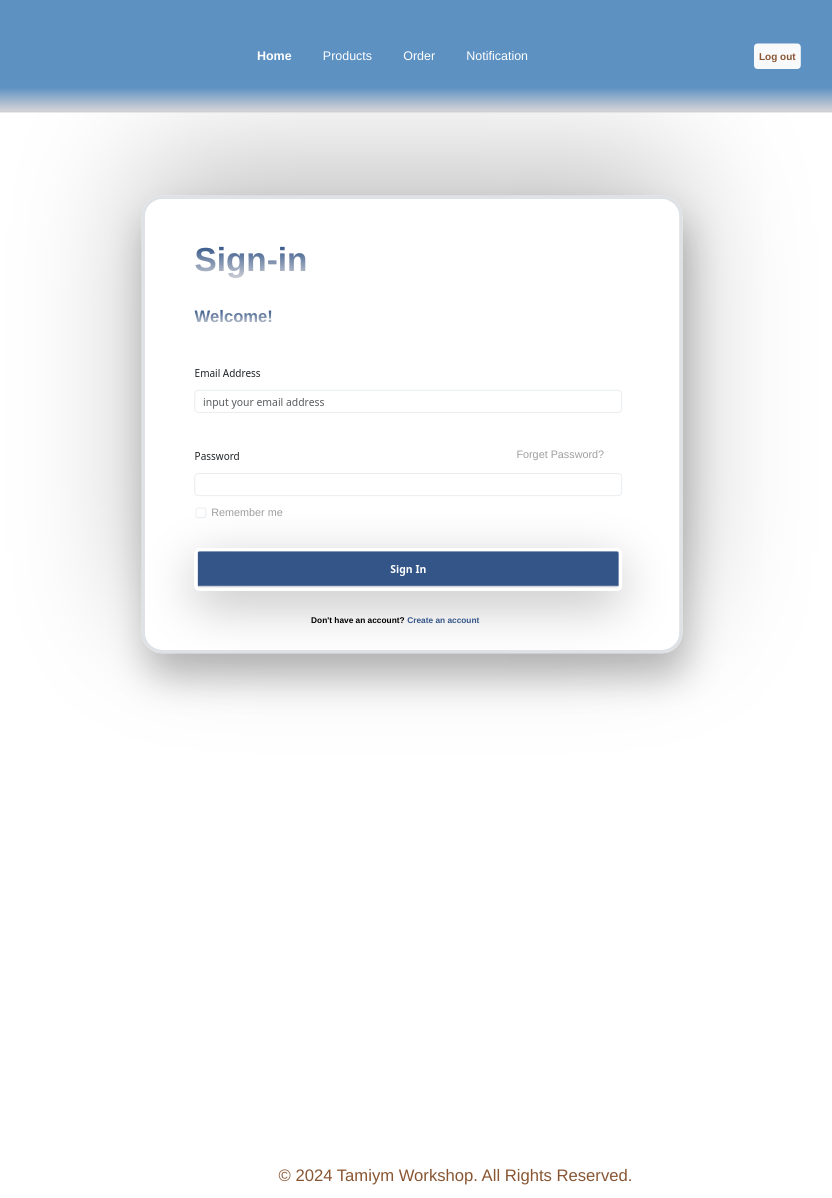
Repository: OVictor21/inventory
Page: /
An editor plug-in stored every save of this project. The page is shown before and after the next save, followed by the edit.
The browser window is 1280 px wide. The pictures show the whole page, at 65% of full size.
The project was rebuilt for these pictures with package versions that can differ from the ones it lists, and the page was loaded fresh each time.

Above is the page before, as saved 2024-12-14 09:46:18.

### src/index.css

nav {
  background-color: transparent;
  background: linear-gradient(180deg, rgb(93, 145, 194) 77.5%, rgb(206, 208, 214) 97.5%);

}

.navbar-brand img {
  max-width: 10vw;
  min-width: 5vw;
}

.nav-link.nav-text-current {
  font-family: "Montserrat", Helvetica;
  font-weight: 700;
  color: #ffffff;
  font-size: 1.5vw;
}

.nav-link.nav-text {
  font-family: "Montserrat", Helvetica;
  font-weight: 400;
  color: #ffffff;
  font-size: 1.5vw;
}

.nav-link.nav-text-2 {
  font-family: "Montserrat", Helvetica;
  font-weight: 600;
  color: rgb(136, 86, 51);
  font-size: 1.2vw;
}

.background {
  background-color: #000021;
}

/* .background-image {
  background-image: url('/public/back.png');
  background-size: cover;
  background-repeat: no-repeat;
  background-position: center;
  min-height: 100vh;
  color: white;
} */

.sign-in{
  width: 65vw;
  height: 55vw;
  box-shadow: 7px 37px 55px #00000040, 0px -54px 200px #00000040;
  left: 17vw;
  top: 10vw;
  overflow: hidden;
}


.text{
  top: 5vw;
  left: 6vw;
  background: linear-gradient(180deg, rgb(51, 85, 136) 13.5%, rgb(206, 208, 214) 100%);
  -webkit-background-clip: text !important;
  background-clip: text;
  -webkit-text-fill-color: transparent;
  text-fill-color: transparent;
  font-family: "Montserrat-Bold", Helvetica;
  font-weight: 700;
  color: transparent;
  font-size: 4vw;
  letter-spacing: 0;
  line-height: normal;
}



.text-wrapper-8 {
  background: linear-gradient(180deg, rgb(51, 85, 136) 13.5%, rgb(206, 208, 214) 100%);
  -webkit-background-clip: text !important;
  background-clip: text;
  -webkit-text-fill-color: transparent;
  text-fill-color: transparent;
  font-family: "Montserrat-Bold", Helvetica;
  font-weight: 600;
  color: transparent;
  font-size: 2vw;
  letter-spacing: 0;
  line-height: normal;
  top: 13vw;
  left: 6vw;
}

.email-text{
  font-size: 1.2vw;
}

.email{
  top: 20vw;
  left: 6vw;
}

.email-in{
  top: 23vw;
  left: 6vw;
  width: 80%;
  max-width: 80%;
  height: 5%;
}

.pass{
  top: 30vw;
  left: 6vw;
}

.pass-in{
  top: 33vw;
  left: 6vw;
  width: 80%;
  max-width: 80%;
  height: 5%;

}

.text-wrapper-7{
  font-family: "Montserrat-Regular", Helvetica;
  font-weight: 400;
  color: #00000061;
  font-size: 1.3vw;
  letter-spacing: 0;
  line-height: normal;
  top: 30vw;
  text-decoration: none;
  right: 9vw;
}

.form-check-label{
  font-family: "Montserrat-Regular", Helvetica;
  font-weight: 400;
  color: #00000061;
  font-size: 1.3vw;
  letter-spacing: 0;
  line-height: normal;
  top: 37vw;
  left: 8vw;
}

.form-check-input{
  top: 36.8vw;
  left: 8vw;

}

.sign-btn{
  background: linear-gradient(180deg, rgb(51, 85, 136) 93.5%, rgb(206, 208, 214) 97%);
  font-family: "Montserrat-Bold", Helvetica;
  font-weight: 700;
  font-size: 4vw;
  letter-spacing: 0;
  line-height: normal;
  width: 80%;
  top: 42vw;
  left: 6vw;
  box-shadow: 0px 22px 75px #00000040;
}

.acct{
  font-family: "Montserrat-Regular", Helvetica;
  font-weight: 700;
  color: #000000;
  font-size: 1vw;
  letter-spacing: 0;
  line-height: normal;
  top: 50vw;
  left: 20vw;
}

.acct-1{
  font-family: "Montserrat-Bold", Helvetica;
  font-weight: 700;
  color: rgb(51, 85, 136);
  font-size: 1vw;
  text-decoration: none;
  letter-spacing: 0;
  line-height: normal;
  top: 50vw;
  right: 24vw;
}



.pass-text{
font-size: 1.2vw;
}

.footer-body{
  background-color: rgb(51, 85, 136);
  width: 100%;
  height: 5%;
  top: 20vw;

}

.copyright-text {
  top: 50vw;
  right: 24vw;
  font-family: "Montserrat", Helvetica;
  font-weight: 400;
  color: rgb(136, 86, 51);
  font-size: 2vw;
}

### src/App.js
import Navbar from './navbar';
import 'bootstrap/dist/css/bootstrap.min.css';
import Body from './body';


function App() {
  return (
    <div className="App">
      <Navbar />
      <Body />
    </div>
  );
}

export default App;

### src/navbar.js

const Navbar = () => {
    return (
        <nav className="navbar navbar-expand-md justify-content-center p-5 z-1">
        <button className="navbar-toggler ms-auto" type="button" data-bs-toggle="collapse" data-bs-target="#collapseNavbar">
            <span className="navbar-toggler-icon"></span>
        </button>

        <div className="navbar-collapse collapse" id="collapseNavbar">
            <ul className="navbar-nav justify-content-center w-100 ">
            <li className="nav-item m-3">
                <a className="nav-link nav-text-current" href="/home">Home</a>
            </li>
            <li className="nav-item m-3">
                <a className="nav-link nav-text" href="/products">Products</a>
            </li>
            <li className="nav-item m-3">
                <a className="nav-link nav-text" href="/order">Order</a>
            </li>
            <li className="nav-item m-3">
                <a className="nav-link nav-text" href="/notifications">Notification</a>
            </li>
            </ul>

            <ul className="navbar-nav ms-auto justify-content-end">
            <li className="nav-item bg-light rounded">
                <button className="nav-link nav-text-2 text-nowrap btn btn-link">Log out</button>

            </li>
            </ul>
        </div>
        </nav>



      );
}

export default Navbar;

### src/body.js
import React from 'react';

const Body = () => {
  return (
    <div className="login">

         <form >
        <div class="sign-in position-relative border border-5 rounded-5">
        <div class="mb-3">
            <p class="text position-absolute">Sign-in</p>
            <div class="text-wrapper-8 position-absolute">Welcome!</div>

          <label for="exampleInputEmail1" class="form-label email position-absolute"><span class="email-text"> Email Address</span></label>
          <input type="email" class="form-control email-in position-absolute" id="exampleInputEmail1" aria-describedby="emailHelp" placeholder="input your email address"/>
        </div>
        <div class="mb-3">
          <label for="exampleInputPassword1" class="form-label pass position-absolute"><span class="pass-text">Password</span> </label>
          <input type="password" class="form-control pass-in position-absolute" id="exampleInputPassword1"/>
          <a href="/forgotpassword" class="text-wrapper-7 position-absolute">Forget Password?</a>
        </div>

        <div class="mb-3 form-check">
            <input type="checkbox" class="form-check-input position-absolute" id="exampleCheck1"/>
            <label class="form-check-label position-absolute" for="exampleCheck1">Remember me</label>
          </div>
        <button type="submit" class="btn sign-btn position-absolute border-white border-5 rounded-3 p-3 text-white fw-bold">Sign In</button>
        <p  class="acct position-absolute">Don't have an account?</p> <a href="/createacct" class="acct-1 position-absolute">Create an account</a>


        </div>


    </form>

    <footer className='footer-body position-relative'>
    <div className="text-center py-3 copyright-text position-absolute">
            © 2024 Tamiym Workshop. All Rights Reserved.
        </div>
    </footer>

    </div>
  );
};

export default Body;

Loaded but not shown: public/index.html (common file); src/index.js (common file); src/reportWebVitals.js (common file)

After the next save:
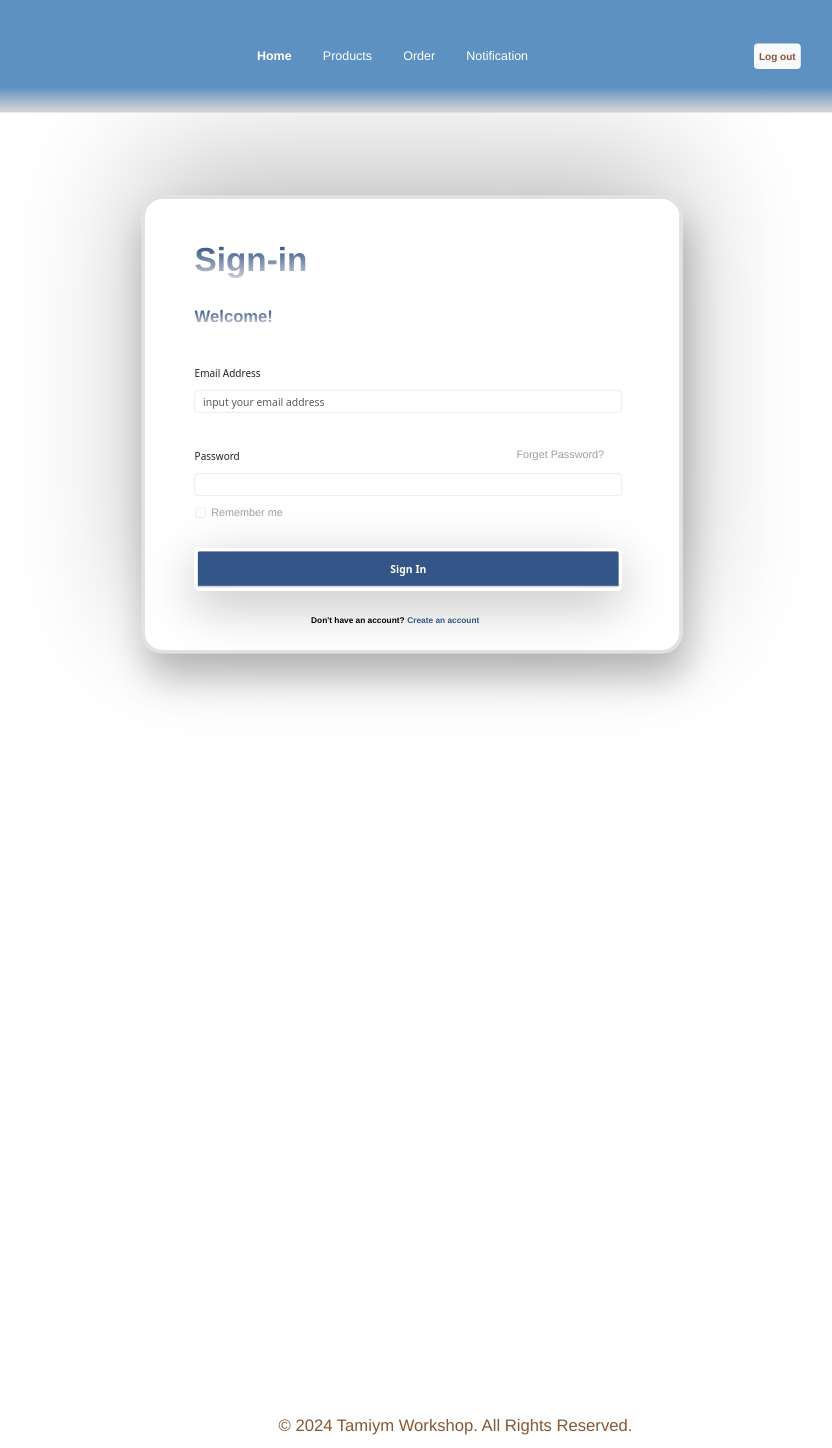
Saved 10 s later.
--- a/src/index.css
+++ b/src/index.css
@@ -194,7 +194,7 @@ font-size: 1.2vw;
   background-color: rgb(51, 85, 136);
   width: 100%;
   height: 5%;
-  top: 20vw;
+  top: 50vw;
 
 }
 
